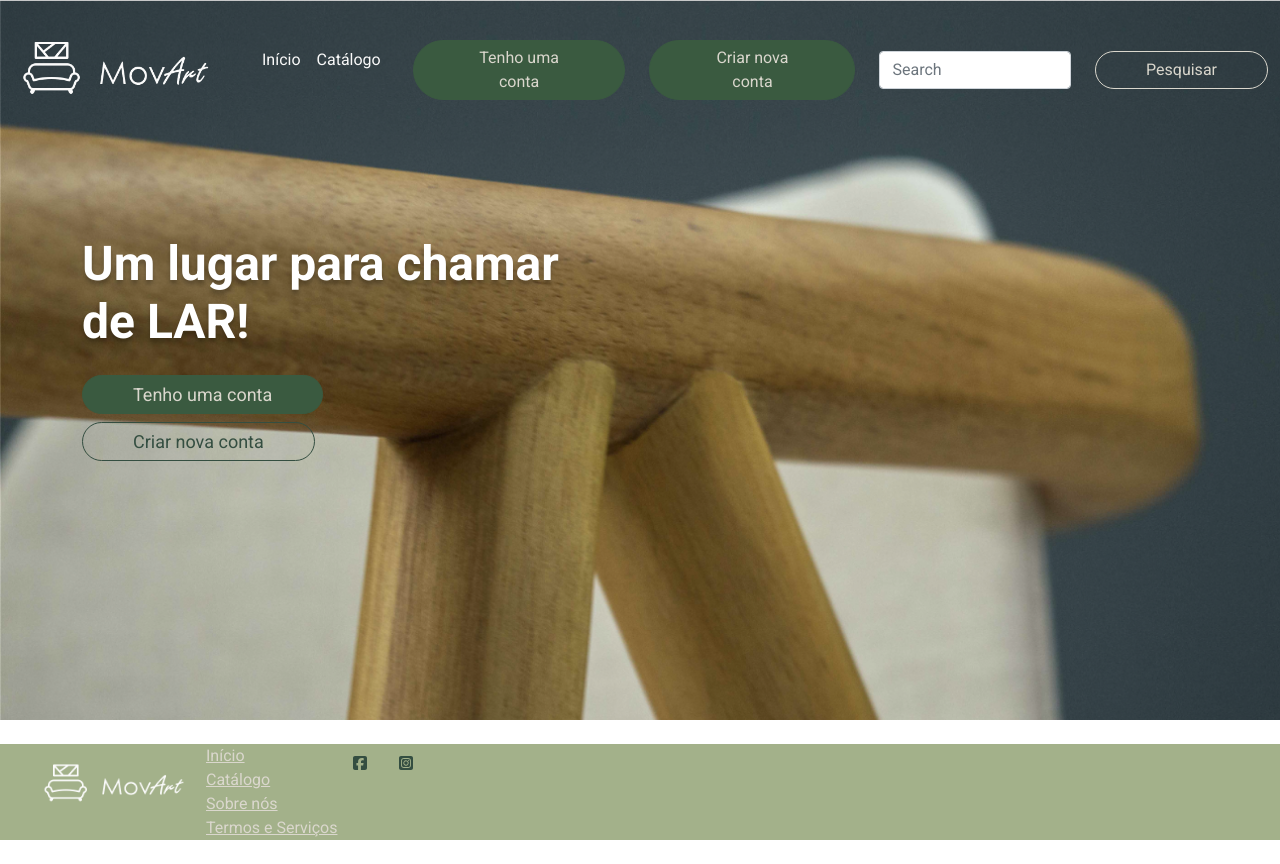
Repository: telesbp/Projeto-4-e-Projeto-5
Page: / (app in front-end/)
An editor plug-in stored every save of this project. The page is shown before and after the next save, followed by the edit.
The browser window is 1280 px wide. The pictures show the whole page.
The project was rebuilt for these pictures with package versions that can differ from the ones it lists, and the page was loaded fresh each time.

Above is the page before, as saved 2022-07-17 21:42:51.

### front-end/public/index.html
<!DOCTYPE html>
<html lang="pt-BR">
  <head>
    <meta charset="utf-8" />
    <link rel="icon" href="%PUBLIC_URL%/favicon.ico" />
    <meta name="viewport" content="width=device-width, initial-scale=1" />
    <meta name="theme-color" content="#000000" />
    <meta
      name="description"
      content="Seu negócio automatizado!"
    />
    <link rel="apple-touch-icon" href="%PUBLIC_URL%/logo192.png" />
    <!--
      manifest.json provides metadata used when your web app is installed on a
      user's mobile device or desktop. See https://developers.google.com/web/fundamentals/web-app-manifest/
    -->
    <link rel="manifest" href="%PUBLIC_URL%/manifest.json" />
    <!--
      Notice the use of %PUBLIC_URL% in the tags above.
      It will be replaced with the URL of the `public` folder during the build.
      Only files inside the `public` folder can be referenced from the HTML.

      Unlike "/favicon.ico" or "favicon.ico", "%PUBLIC_URL%/favicon.ico" will
      work correctly both with client-side routing and a non-root public URL.
      Learn how to configure a non-root public URL by running `npm run build`.
    -->
    <title>Stagio</title>

    <link rel="preconnect" href="https://fonts.googleapis.com">
    <link rel="preconnect" href="https://fonts.gstatic.com" crossorigin>
    <link href="https://fonts.googleapis.com/css2?family=Roboto:wght@400;700&display=swap" rel="stylesheet">
  </head>
  <body>
    <noscript>You need to enable JavaScript to run this app.</noscript>
    <div id="root"></div>
    <!--
      This HTML file is a template.
      If you open it directly in the browser, you will see an empty page.

      You can add webfonts, meta tags, or analytics to this file.
      The build step will place the bundled scripts into the <body> tag.

      To begin the development, run `npm start` or `yarn start`.
      To create a production bundle, use `npm run build` or `yarn build`.
    -->
  </body>
</html>

### front-end/src/index.tsx
import React from 'react';
import ReactDOM from 'react-dom/client';
import App from './App';
import 'bootstrap/dist/css/bootstrap.min.css';
import { BrowserRouter } from 'react-router-dom';
import 'react-toastify/dist/ReactToastify.css';
import { ToastContainer } from 'react-toastify';
import { GlobalStyle } from './assets/css/global';

const root = ReactDOM.createRoot(
  document.getElementById('root') as HTMLElement
);
root.render(
  <React.StrictMode>
    <BrowserRouter>
    <GlobalStyle/>
      <App />
      <ToastContainer/>
    </BrowserRouter>
  </React.StrictMode>
);

### front-end/src/App.tsx
import { HomeView } from "./views/Home";

function App() {
  return (
    <HomeView/>
  );
}

export default App;

### front-end/src/assets/css/global.ts
import { createGlobalStyle } from "styled-components";

export const GlobalStyle = createGlobalStyle`
    body{
       font-family: 'Roboto', sans-serif;
    }
`

### front-end/src/views/Home/index.tsx
import { Container } from "react-bootstrap";
import styled from "styled-components";
import bgSite from "../../assets/img/cadeira1.png"
import { CustomButton } from "../../components/CustomButton";
import { Layout } from "../../components/Layout";

export function HomeView(){
    return(
        <Layout>
            <Banner className="vh-100">
                <Container className="h-100 d-flex flex-column justify-content-center align-items-center align-items-lg-start">
                    <Title className="text-center text-white text-lg-start mt-auto mt-lg-0 ">Um lugar para chamar de LAR!</Title>
                    <CustomButton size="lg" to="login" variant="primary" className="mt-auto mt-lg-3 mb-2">Tenho uma conta</CustomButton>
                    <CustomButton size="lg" to="cadastro" variant="outline-primary" className="mb-4">Criar nova conta</CustomButton>
                </Container>
            </Banner>
        </Layout>
    )
}

const Banner = styled.div`
    background: url(${bgSite}) no-repeat center center;
    background-size: cover;
`
const Title = styled.h1`
    font-size: 2.25rem;
    font-weight: bold;
    text-shadow: 0 4px 4px rgba(0, 0, 0, 0.25);
    @media (min-width: 992px){
        font-size: 3rem;
        max-width: 500px;
    }
`

### front-end/src/components/CustomButton/index.tsx
import { Button, ButtonProps, Spinner } from "react-bootstrap";
import { LinkContainer } from "react-router-bootstrap";
import styled from "styled-components";

type Props = ButtonProps & {
    loading?: boolean
    to?: string
}

export function CustomButton({children, loading, to, ...otherProps}: Props) {
    const button = (
        <ButtonStyled {...otherProps}>
            {loading && (
                <Spinner animation="border" role="status" size="sm" className="me-2">
                    <span className="visually-hidden">Carregando...</span>
                </Spinner>
            )}
            {children}
        </ButtonStyled>
    )
    if (to){
        return(
            <LinkContainer to={to}>
                {button}
            </LinkContainer>
        )
    }
    return button
}
const ButtonStyled = styled(Button)`
    border-radius: 50px;
    font-weight: 500;
    padding:5px 50px 5px 50px;
    ${props => props.size ==='lg' && `
        font-size: 1.125rem;
    `}
    ${props => (props.variant === "primary" || !props.variant) && `
        background-color: #3A5A40;
        border-color: #3A5A40;
        color: #DAD7CD!important;
        &:hover {
            background-color: #344E41;
            border-color: #344E41;
        }
    `}
    ${props => (props.variant === "outline-primary" || !props.variant) && `
        border-color: #344E41;
        color: #344E41;
        &:hover {
            background-color: #344E41;
            border-color: #344E41;
            color: #DAD7CD;
        }
    `}
    ${props => (props.variant === "outline-secundary" || !props.variant) && `
        border-color: #DAD7CD;
        color: #DAD7CD;
        &:hover {
            background-color: #344E41;
            border-color: #344E41;
            color: #DAD7CD;
        }
    `}
`

### front-end/src/components/Layout/index.tsx
import { Footer } from "./Footer"
import { Header } from "./Header"

type Props = {
    children: React.ReactNode
}
export const Layout: React.FC<Props> = ({children}) => {
    return (
        <>
            <Header/>
            {children}
            <Footer/>
        </>
    )
}

### front-end/src/components/Layout/Footer.tsx
import { faFacebookSquare, faInstagramSquare } from "@fortawesome/free-brands-svg-icons";
import { FontAwesomeIcon } from "@fortawesome/react-fontawesome";
import { Container, Nav } from "react-bootstrap";
import { Link } from "react-router-dom";
import styled from "styled-components";
import LogoBrand from "../../assets/img/logobranca.png"

export function Footer () {
    return(
        <FooterStyled>
            <Container className="d-flex m-4">
                <img src={LogoBrand} alt="MovArt" width={170} height={80}/>
                <NavStyled>
                    <NavLinkTitleStyled  as={Link} to="/">Início</NavLinkTitleStyled >
                    <NavLinkTitleStyled  as={Link} to="/">Catálogo</NavLinkTitleStyled >
                    <NavLinkTitleStyled  as={Link} to="/">Sobre nós</NavLinkTitleStyled >
                    <NavLinkTitleStyled  as={Link} to="/">Termos e Serviços</NavLinkTitleStyled >
                </NavStyled>
                <Nav>
                    <Nav.Link href="http://facebook.com" target="_blank">
                        <FontAwesomeIconStyle icon={faFacebookSquare} />
                    </Nav.Link>
                    <Nav.Link href="http://instagram.com" target="_blank">
                        <FontAwesomeIconStyle icon={faInstagramSquare} />
                    </Nav.Link>
                </Nav>
            </Container>
        </FooterStyled>
    )
}

const FooterStyled = styled.footer`
    background: #A3B18A;
`
const NavLinkTitleStyled = styled(Nav.Link)`
    color:#DAD7CD;
`
const NavStyled = styled(Nav)`
    display: flex;
    flex-direction: column;
`
const FontAwesomeIconStyle = styled(FontAwesomeIcon)`
    color: #344E41;
`

### front-end/src/components/Layout/Header.tsx
import { faBarsStaggered } from "@fortawesome/free-solid-svg-icons";
import { FontAwesomeIcon } from "@fortawesome/react-fontawesome";
import { useEffect, useState } from "react";
import { Container, Form, Nav, Navbar } from "react-bootstrap";
import { Link } from "react-router-dom";
import styled from "styled-components";
import LogoBrand from "../../assets/img/logobranca.png"
import LogoBrandBlack from "../../assets/img/logopreta.png"
import { CustomButton } from "../CustomButton";

export function Header() {
    const [isTransparent, setIsTransparent] = useState(true)
    useEffect(() => {
        const scrollChange = () => {
            const isLowScroll = window.scrollY < 60
            if (isLowScroll !== isTransparent){
            setIsTransparent(isLowScroll)
        }
        }
        window.addEventListener("scroll", scrollChange)
        return () => {
            window.removeEventListener("scroll", scrollChange)
        }
    },[isTransparent])
    return(
        <Navbar fixed="top" expand="lg" bg={isTransparent ? undefined : "white"} >
        <Container fluid>
          <Navbar.Brand to="/" as={Link}>
            <ImageStyle src={isTransparent ? LogoBrand : LogoBrandBlack} alt="MovArt" width={170} height={80}/>
          </Navbar.Brand>
          <NavBarToggleStyled aria-controls="basic-navbar-nav">
            <FontAwesomeIcon icon={faBarsStaggered}  className={isTransparent ? "text-white" : "text-dark"} size="lg" />
            </NavBarToggleStyled>
        <NavBarCollapseStyled id="basic-navbar-nav">
          <Nav className="ms-auto">
            <NavLinkStyled forwardedAs={Link} to="/" className="justify-contend-center text-center">Início</NavLinkStyled>
            <NavLinkStyled forwardedAs={Link} to="/catálogo" className="justify-contend-center text-center">Catálogo</NavLinkStyled>
            <CustomButton className="mt-2 mt-lg-0 ms-lg-4" variant="primary">Tenho uma conta</CustomButton>
            <CustomButton className="mt-2 mt-lg-0 ms-lg-4" variant="primary">Criar nova conta</CustomButton>
        </Nav>
            <Form className="d-flex">
              <Form.Control
                type="search"
                placeholder="Search"
                className="mt-2 mt-lg-0 ms-lg-4"
                aria-label="Search"
              />
              <CustomButton variant={isTransparent ? "outline-secundary" : "outline-primary" } className="mt-2 mt-lg-0 ms-lg-4">Pesquisar</CustomButton>
            </Form>
          </NavBarCollapseStyled>
        </Container>
      </Navbar>
    )
}
const NavBarToggleStyled = styled(Navbar.Toggle)`
    border:none;
`

const NavBarCollapseStyled = styled(Navbar.Collapse)`
   @media (max-width: 991px) {
   background-color:#fafafa ;
    margin: 0 -12px;
    padding: 1rem 2rem;
}
`
const NavLinkStyled = styled(Nav.Link)`
    @media (min-width: 992px){
        color: #fafafa!important;
    }

`
const ImageStyle = styled.img`
    @media (min-width: 992px){
       width: 226px;
       height: auto;
    }
`

After the next save:
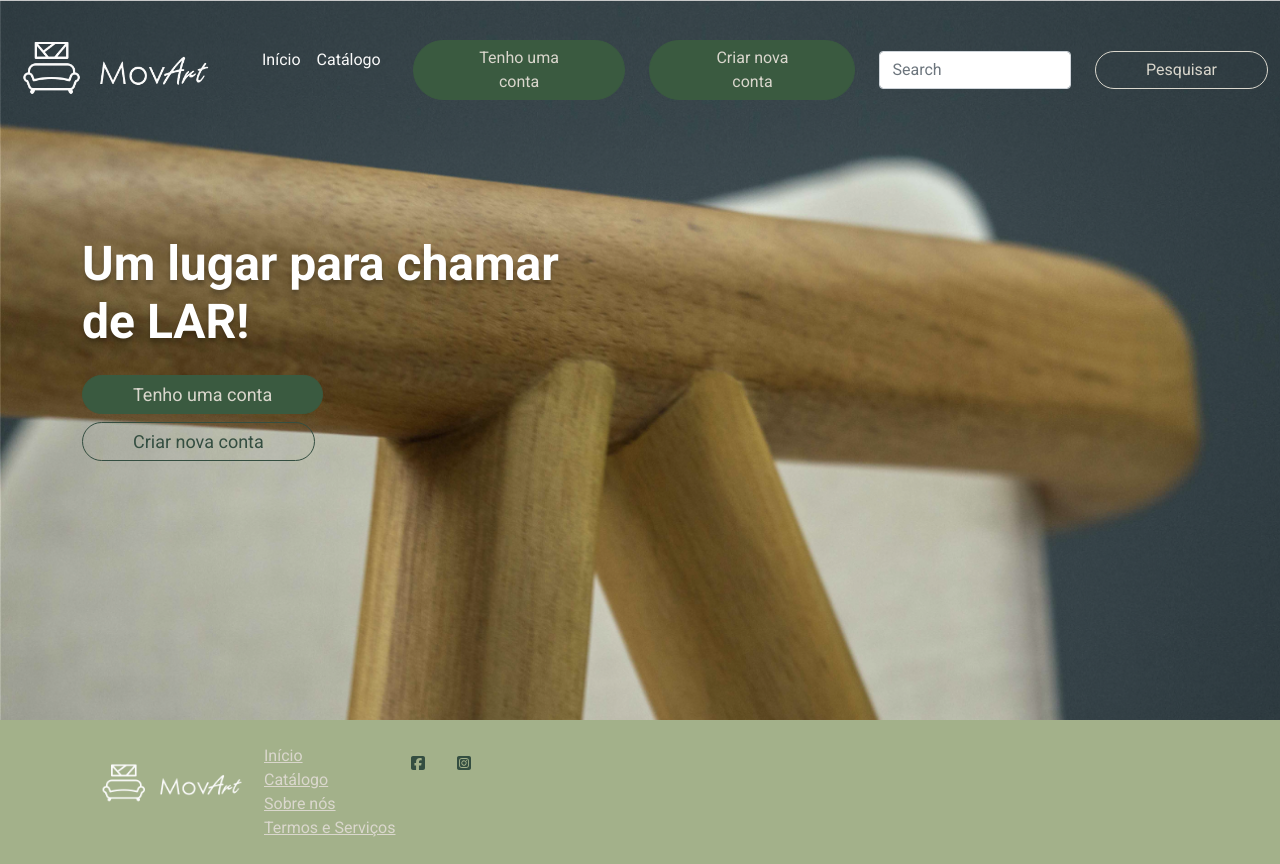
Saved 6 s later.
--- a/front-end/src/components/Layout/Footer.tsx
+++ b/front-end/src/components/Layout/Footer.tsx
@@ -8,7 +8,7 @@ import LogoBrand from "../../assets/img/logobranca.png"
 export function Footer () {
     return(
         <FooterStyled>
-            <Container className="d-flex m-4">
+            <Container className="d-flex p-4">
                 <img src={LogoBrand} alt="MovArt" width={170} height={80}/>
                 <NavStyled>
                     <NavLinkTitleStyled  as={Link} to="/">Início</NavLinkTitleStyled >
